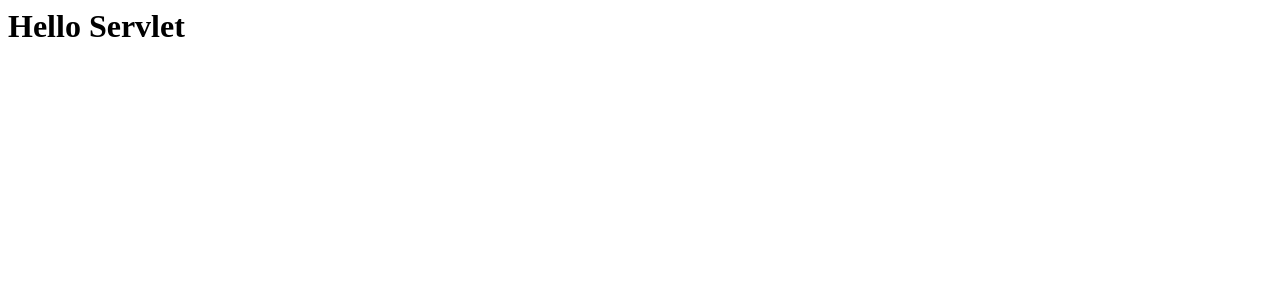
Repository: vinayingalahalli/java_batch1_revature
Page: http://localhost/my_servlet_app/abc
The author's editor kept a copy of each file at every save. The page is drawn from the files as they stood at one save, then again after the next save.
The browser window is 1280 px wide. The pictures show the whole page.
The page is served by Tomcat 9.

Above is the page before, as saved 2019-09-10 17:10:02.

After the next save:
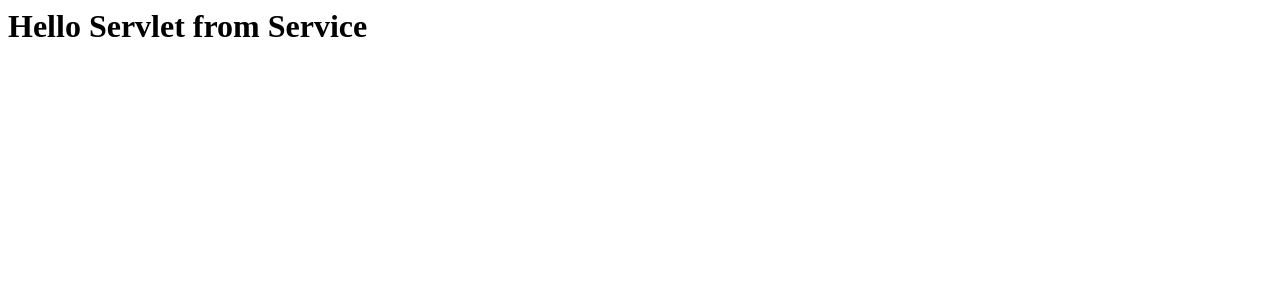
Saved 110 s later.
--- a/revature_java/my_servlet_app/src/com/MyServlet.java
+++ b/revature_java/my_servlet_app/src/com/MyServlet.java
@@ -27,7 +27,7 @@ public class MyServlet extends HttpServlet {
 	protected void service(HttpServletRequest request, HttpServletResponse response) throws ServletException, IOException {
 		response.setContentType("text/html");
 		PrintWriter out=response.getWriter();
-		out.print("<h1>Hello Servlet</h1>");
+		out.print("<h1>Hello Servlet from Service</h1>");
 	}
 
 	/**
